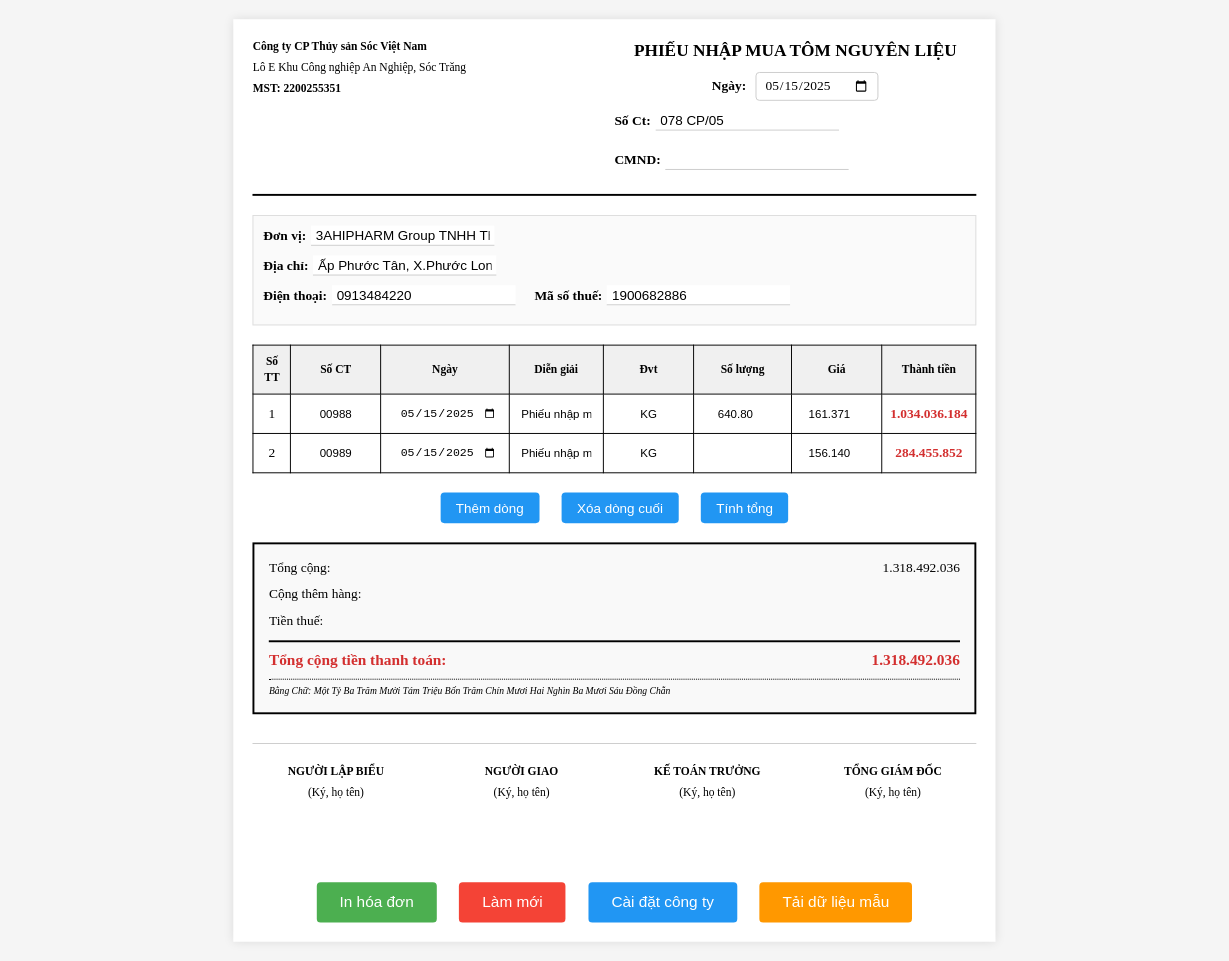
Repository: manhtuong0503/tom-nguyen-lieu
Page: index.html
These files come from the project's save history. The page is drawn as it stood at one moment and after the next save; the edit follows.
The browser window is 1280 px wide. The pictures show the whole page, at 96% of full size.

Above is the page before, as saved 2025-08-02 12:34:14.

### index.html
<!DOCTYPE html>
<html lang="vi">
<head>
    <meta charset="UTF-8">
    <meta name="viewport" content="width=device-width, initial-scale=1.0">
    <title>Phiếu Nhập Mua Tôm Nguyên Liệu</title>
    <link rel="stylesheet" href="style.css">
</head>
<body>
    <div class="container">
        <div class="header">
            <div class="company-info">
                <p><strong>Công ty CP Thủy sản Sóc Việt Nam</strong></p>
                <p>Lô E Khu Công nghiệp An Nghiệp, Sóc Trăng</p>
                <p><strong>MST: 2200255351</strong></p>
            </div>
            <div class="document-info">
                <h2>PHIẾU NHẬP MUA TÔM NGUYÊN LIỆU</h2>
                <div class="date-input-section">
                    <label>Ngày:
                        <input type="date" id="document-date" class="date-input">
                    </label>
                </div>
                <div class="form-row">
                    <label>Số Ct: <input type="text" id="soCt" value="078 CP/05"></label>
                    <label>CMND: <input type="text" id="cmnd"></label>
                </div>
            </div>
        </div>

        <div class="form-section">
            <div class="form-row">
                <label>Đơn vị: <input type="text" id="donVi" placeholder="Nhập đơn vị"></label>
            </div>
            <div class="form-row">
                <label>Địa chỉ: <input type="text" id="diaChi" placeholder="Nhập địa chỉ"></label>
            </div>
            <div class="form-row">
                <label>Điện thoại: <input type="text" id="dienThoai" placeholder="Nhập số điện thoại"></label>
                <label>Mã số thuế: <input type="text" id="maSoThue" placeholder="Nhập mã số thuế"></label>
            </div>
        </div>

        <table class="invoice-table">
            <thead>
                <tr>
                    <th>Số TT</th>
                    <th>Số CT</th>
                    <th>Ngày</th>
                    <th>Diễn giải</th>
                    <th>Đvt</th>
                    <th>Số lượng</th>
                    <th>Giá</th>
                    <th>Thành tiền</th>
                </tr>
            </thead>
            <tbody id="invoice-items">
                <tr>
                    <td>1</td>
                    <td><input type="text" class="item-input" name="soCt"></td>
                    <td><input type="date" class="item-input" name="ngay"></td>
                    <td><input type="text" class="item-input" name="dienGiai" placeholder="Phiếu nhập mua tôm nguyên liệu"></td>
                    <td><input type="text" class="item-input" name="dvt" placeholder="KG"></td>
                    <td><input type="number" class="item-input" name="soLuong" step="0.01" onchange="calculateRowTotal(this)"></td>
                    <td><input type="number" class="item-input" name="gia" step="0.01" onchange="calculateRowTotal(this)"></td>
                    <td class="thanh-tien">0</td>
                </tr>
            </tbody>
        </table>

        <div class="action-buttons">
            <button type="button" onclick="addRow()">Thêm dòng</button>
            <button type="button" onclick="removeRow()">Xóa dòng cuối</button>
            <button type="button" onclick="calculateTotal()">Tính tổng</button>
        </div>

        <div class="totals-section">
            <div class="totals-row">
                <span>Tổng cộng:</span>
                <span id="tong-cong">0</span>
            </div>
            <div class="totals-row">
                <span>Cộng thêm hàng:</span>
                <span id="cong-them-hang">0</span>
            </div>
            <div class="totals-row">
                <span>Tiền thuế:</span>
                <span id="tien-thue">0</span>
            </div>
            <div class="totals-row total-final">
                <span>Tổng cộng tiền thanh toán:</span>
                <span id="tong-thanh-toan">0</span>
            </div>
        </div>

        <div class="signatures">
            <div class="signature-section">
                <p><strong>NGƯỜI LẬP BIỂU</strong></p>
                <p>(Ký, họ tên)</p>
                <br><br><br>
            </div>
            <div class="signature-section">
                <p><strong>NGƯỜI GIAO</strong></p>
                <p>(Ký, họ tên)</p>
                <br><br><br>
            </div>
            <div class="signature-section">
                <p><strong>KẾ TOÁN TRƯỞNG</strong></p>
                <p>(Ký, họ tên)</p>
                <br><br><br>
            </div>
            <div class="signature-section">
                <p><strong>TỔNG GIÁM ĐỐC</strong></p>
                <p>(Ký, họ tên)</p>
                <br><br><br>
            </div>
        </div>

        <div class="print-buttons">
            <button type="button" onclick="printInvoice()" class="print-btn">In hóa đơn</button>
            <button type="button" onclick="clearForm()" class="clear-btn">Làm mới</button>
            <button type="button" onclick="showConfigModal()" class="config-btn">Cài đặt công ty</button>
            <button type="button" onclick="loadSampleData()" class="sample-btn">Tải dữ liệu mẫu</button>
        </div>
    </div>

    <!-- Modal cài đặt -->
    <div id="configModal" class="modal">
        <div class="modal-content">
            <div class="modal-header">
                <h3>Cài đặt thông tin công ty</h3>
                <span class="close" onclick="closeConfigModal()">&times;</span>
            </div>
            <div class="modal-body">
                <div class="config-section">
                    <h4>Thông tin công ty</h4>
                    <div class="config-row">
                        <label>Tên công ty:</label>
                        <input type="text" id="config-company-name" />
                    </div>
                    <div class="config-row">
                        <label>Địa chỉ:</label>
                        <input type="text" id="config-company-address" />
                    </div>
                    <div class="config-row">
                        <label>Mã số thuế:</label>
                        <input type="text" id="config-company-tax" />
                    </div>
                    <div class="config-row">
                        <label>Điện thoại:</label>
                        <input type="text" id="config-company-phone" />
                    </div>
                </div>

                <div class="config-section">
                    <h4>Cài đặt phiếu</h4>
                    <div class="config-row">
                        <label>Tiêu đề phiếu:</label>
                        <input type="text" id="config-doc-title" />
                    </div>
                    <div class="config-row">
                        <label>Số chứng từ mặc định:</label>
                        <input type="text" id="config-doc-code" />
                    </div>
                    <div class="config-row">
                        <label>Đơn vị tính mặc định:</label>
                        <input type="text" id="config-default-unit" />
                    </div>
                </div>

                <div class="config-section">
                    <h4>Thông tin khách hàng mặc định</h4>
                    <div class="config-row">
                        <label>Tên khách hàng:</label>
                        <input type="text" id="config-customer-name" />
                    </div>
                    <div class="config-row">
                        <label>Địa chỉ khách hàng:</label>
                        <input type="text" id="config-customer-address" />
                    </div>
                    <div class="config-row">
                        <label>Điện thoại khách hàng:</label>
                        <input type="text" id="config-customer-phone" />
                    </div>
                    <div class="config-row">
                        <label>Mã số thuế khách hàng:</label>
                        <input type="text" id="config-customer-tax" />
                    </div>
                </div>
            </div>
            <div class="modal-footer">
                <button type="button" onclick="saveConfig()" class="save-btn">Lưu cài đặt</button>
                <button type="button" onclick="resetConfig()" class="reset-btn">Khôi phục mặc định</button>
                <button type="button" onclick="closeConfigModal()" class="cancel-btn">Hủy</button>
            </div>
        </div>
    </div>

    <script src="script.js"></script>
</body>
</html>

### style.css
* {
    margin: 0;
    padding: 0;
    box-sizing: border-box;
}

body {
    font-family: 'Times New Roman', serif;
    font-size: 14px;
    line-height: 1.4;
    background-color: #f5f5f5;
    padding: 20px;
}

.container {
    max-width: 210mm;
    background: white;
    margin: 0 auto;
    padding: 20px;
    box-shadow: 0 0 10px rgba(0,0,0,0.1);
}

.header {
    display: flex;
    justify-content: space-between;
    margin-bottom: 20px;
    border-bottom: 2px solid #000;
    padding-bottom: 15px;
}

.company-info {
    flex: 1;
    font-size: 12px;
}

.company-info p {
    margin-bottom: 5px;
}

.document-info {
    flex: 1;
    text-align: center;
}

.document-info h2 {
    font-size: 18px;
    font-weight: bold;
    margin-bottom: 10px;
    text-transform: uppercase;
}

.date-input-section {
    margin-bottom: 10px;
}

.date-input-section label {
    display: flex;
    align-items: center;
    justify-content: center;
    gap: 10px;
    font-weight: bold;
    font-size: 14px;
}

.date-input {
    border: 1px solid #ccc;
    border-radius: 4px;
    padding: 5px 8px;
    font-size: 14px;
    font-family: inherit;
}

.date-input:focus {
    border-color: #2196F3;
    outline: none;
    box-shadow: 0 0 5px rgba(33, 150, 243, 0.3);
}

.form-row {
    display: flex;
    gap: 20px;
    margin-bottom: 10px;
    align-items: center;
    flex-wrap: wrap;
}

.form-row label {
    display: flex;
    align-items: center;
    gap: 5px;
    font-weight: bold;
}

.form-row input {
    border: none;
    border-bottom: 1px solid #ccc;
    padding: 2px 5px;
    font-size: 14px;
    min-width: 120px;
}

.form-section {
    margin-bottom: 20px;
    padding: 10px;
    background-color: #fafafa;
    border: 1px solid #ddd;
}

.invoice-table {
    width: 100%;
    border-collapse: collapse;
    margin-bottom: 20px;
}

.invoice-table th,
.invoice-table td {
    border: 1px solid #000;
    padding: 8px;
    text-align: center;
    vertical-align: middle;
}

.invoice-table th {
    background-color: #f0f0f0;
    font-weight: bold;
    font-size: 12px;
}

.invoice-table .item-input {
    border: none;
    background: transparent;
    width: 100%;
    text-align: center;
    padding: 4px;
    font-size: 12px;
}

.invoice-table .thanh-tien {
    font-weight: bold;
    color: #d32f2f;
}

.action-buttons {
    margin-bottom: 20px;
    text-align: center;
}

.action-buttons button {
    margin: 0 10px;
    padding: 8px 16px;
    background-color: #2196F3;
    color: white;
    border: none;
    border-radius: 4px;
    cursor: pointer;
    font-size: 14px;
}

.action-buttons button:hover {
    background-color: #1976D2;
}

.totals-section {
    margin-bottom: 30px;
    border: 2px solid #000;
    padding: 15px;
    background-color: #f9f9f9;
}

.totals-row {
    display: flex;
    justify-content: space-between;
    margin-bottom: 8px;
    font-size: 14px;
}

.totals-row.total-final {
    font-weight: bold;
    font-size: 16px;
    border-top: 2px solid #000;
    padding-top: 8px;
    margin-top: 10px;
    color: #d32f2f;
}

.signatures {
    display: grid;
    grid-template-columns: repeat(4, 1fr);
    gap: 20px;
    margin-bottom: 30px;
    border-top: 1px solid #ccc;
    padding-top: 20px;
}

.signature-section {
    text-align: center;
    font-size: 12px;
}

.signature-section p {
    margin-bottom: 5px;
}

.print-buttons {
    text-align: center;
    margin-top: 20px;
    page-break-inside: avoid;
}

.print-btn, .clear-btn {
    padding: 12px 24px;
    margin: 0 10px;
    font-size: 16px;
    border: none;
    border-radius: 4px;
    cursor: pointer;
}

.print-btn {
    background-color: #4CAF50;
    color: white;
}

.print-btn:hover {
    background-color: #45a049;
}

.clear-btn {
    background-color: #f44336;
    color: white;
}

.clear-btn:hover {
    background-color: #da190b;
}

.config-btn {
    padding: 12px 24px;
    margin: 0 10px;
    font-size: 16px;
    border: none;
    border-radius: 4px;
    cursor: pointer;
    background-color: #2196F3;
    color: white;
}

.config-btn:hover {
    background-color: #1976D2;
}

.sample-btn {
    padding: 12px 24px;
    margin: 0 10px;
    font-size: 16px;
    border: none;
    border-radius: 4px;
    cursor: pointer;
    background-color: #FF9800;
    color: white;
}

.sample-btn:hover {
    background-color: #F57C00;
}

/* Modal styles */
.modal {
    display: none;
    position: fixed;
    z-index: 1000;
    left: 0;
    top: 0;
    width: 100%;
    height: 100%;
    background-color: rgba(0,0,0,0.5);
}

.modal-content {
    background-color: white;
    margin: 5% auto;
    padding: 0;
    border-radius: 8px;
    width: 80%;
    max-width: 600px;
    box-shadow: 0 4px 20px rgba(0,0,0,0.3);
}

.modal-header {
    display: flex;
    justify-content: space-between;
    align-items: center;
    padding: 20px;
    border-bottom: 1px solid #ddd;
    background-color: #f8f9fa;
    border-radius: 8px 8px 0 0;
}

.modal-header h3 {
    margin: 0;
    color: #333;
}

.close {
    font-size: 28px;
    font-weight: bold;
    cursor: pointer;
    color: #aaa;
}

.close:hover {
    color: #000;
}

.modal-body {
    padding: 20px;
    max-height: 400px;
    overflow-y: auto;
}

.config-section {
    margin-bottom: 25px;
    padding-bottom: 15px;
    border-bottom: 1px solid #eee;
}

.config-section:last-child {
    border-bottom: none;
    margin-bottom: 0;
}

.config-section h4 {
    margin: 0 0 15px 0;
    color: #2196F3;
    font-size: 16px;
}

.config-row {
    display: flex;
    margin-bottom: 10px;
    align-items: center;
}

.config-row label {
    width: 200px;
    font-weight: bold;
    color: #555;
}

.config-row input {
    flex: 1;
    padding: 8px 12px;
    border: 1px solid #ddd;
    border-radius: 4px;
    font-size: 14px;
}

.config-row input:focus {
    border-color: #2196F3;
    outline: none;
    box-shadow: 0 0 5px rgba(33, 150, 243, 0.3);
}

.modal-footer {
    padding: 15px 20px;
    border-top: 1px solid #ddd;
    background-color: #f8f9fa;
    border-radius: 0 0 8px 8px;
    text-align: right;
}

.modal-footer button {
    padding: 10px 20px;
    margin-left: 10px;
    border: none;
    border-radius: 4px;
    cursor: pointer;
    font-size: 14px;
}

.save-btn {
    background-color: #4CAF50;
    color: white;
}

.save-btn:hover {
    background-color: #45a049;
}

.reset-btn {
    background-color: #FF9800;
    color: white;
}

.reset-btn:hover {
    background-color: #F57C00;
}

.cancel-btn {
    background-color: #757575;
    color: white;
}

.cancel-btn:hover {
    background-color: #616161;
}

/* Print styles */
@media print {
    @page {
        size: A4;
        margin: 15mm;
    }

    body {
        background: white;
        padding: 0;
        font-family: 'Times New Roman', serif;
        font-size: 11px;
        line-height: 1.2;
        color: black;
    }

    .container {
        box-shadow: none;
        max-width: none;
        padding: 0;
        margin: 0;
    }

    .print-buttons,
    .action-buttons,
    .modal {
        display: none !important;
    }

    .header {
        display: block;
        margin-bottom: 15px;
        border-bottom: 1px solid #000;
        padding-bottom: 10px;
    }

    .company-info {
        float: left;
        width: 45%;
        font-size: 10px;
        line-height: 1.3;
    }

    .document-info {
        float: right;
        width: 50%;
        text-align: center;
        font-size: 11px;
    }

    .document-info h2 {
        font-size: 14px;
        font-weight: bold;
        margin: 0 0 5px 0;
        text-transform: uppercase;
    }

    .date-input-section {
        margin-bottom: 5px;
        font-size: 11px;
    }

    .date-input-section label {
        font-weight: normal;
        font-style: italic;
    }

    .date-input {
        border: none;
        background: transparent;
        font-size: 11px;
        padding: 0;
        font-style: italic;
    }

    .form-row {
        display: block;
        margin-bottom: 3px;
        font-size: 10px;
    }

    .form-row label {
        display: inline-block;
        margin-right: 15px;
    }

    .form-row input {
        border: none;
        border-bottom: 1px solid #000;
        background: transparent;
        font-size: 10px;
        padding: 1px 3px;
        min-width: 80px;
    }

    .form-section {
        background-color: white;
        border: 1px solid #000;
        padding: 8px;
        margin-bottom: 10px;
        font-size: 10px;
        clear: both;
    }

    .form-section .form-row {
        margin-bottom: 4px;
    }

    .form-section .form-row label {
        font-weight: bold;
        display: inline-block;
        width: 80px;
    }

    .form-section .form-row input {
        width: 250px;
        border-bottom: 1px dotted #000;
    }

    .invoice-table {
        width: 100%;
        border-collapse: collapse;
        font-size: 10px;
        margin-bottom: 10px;
    }

    .invoice-table th,
    .invoice-table td {
        border: 1px solid #000;
        padding: 3px 2px;
        text-align: center;
        vertical-align: middle;
        line-height: 1.2;
    }

    .invoice-table th {
        background-color: #f0f0f0;
        font-weight: bold;
        font-size: 9px;
        height: 25px;
    }

    .invoice-table .item-input {
        border: none;
        background: transparent;
        width: 100%;
        text-align: center;
        padding: 1px;
        font-size: 9px;
    }

    .invoice-table .thanh-tien {
        font-weight: normal;
        color: black;
        text-align: right;
        padding-right: 5px;
    }

    /* Điều chỉnh độ rộng cột */
    .invoice-table th:nth-child(1),
    .invoice-table td:nth-child(1) { width: 8%; } /* Số TT */

    .invoice-table th:nth-child(2),
    .invoice-table td:nth-child(2) { width: 12%; } /* Số CT */

    .invoice-table th:nth-child(3),
    .invoice-table td:nth-child(3) { width: 12%; } /* Ngày */

    .invoice-table th:nth-child(4),
    .invoice-table td:nth-child(4) { width: 25%; text-align: left; padding-left: 5px; } /* Diễn giải */

    .invoice-table th:nth-child(5),
    .invoice-table td:nth-child(5) { width: 8%; } /* Đvt */

    .invoice-table th:nth-child(6),
    .invoice-table td:nth-child(6) { width: 12%; } /* Số lượng */

    .invoice-table th:nth-child(7),
    .invoice-table td:nth-child(7) { width: 12%; } /* Giá */

    .invoice-table th:nth-child(8),
    .invoice-table td:nth-child(8) { width: 15%; text-align: right; padding-right: 5px; } /* Thành tiền */

    .totals-section {
        background-color: white;
        border: 1px solid #000;
        padding: 8px;
        margin-bottom: 15px;
        font-size: 10px;
    }

    .totals-row {
        display: flex;
        justify-content: space-between;
        margin-bottom: 3px;
        padding: 2px 0;
    }

    .totals-row span:first-child {
        font-weight: bold;
    }

    .totals-row span:last-child {
        text-align: right;
        min-width: 100px;
        border-bottom: 1px dotted #000;
        font-weight: normal;
    }

    .totals-row.total-final {
        font-weight: bold;
        font-size: 11px;
        border-top: 1px solid #000;
        padding-top: 5px;
        margin-top: 8px;
    }

    .totals-row.total-final span {
        font-weight: bold;
    }

    .signatures {
        display: grid;
        grid-template-columns: repeat(4, 1fr);
        gap: 15px;
        margin-top: 20px;
        page-break-inside: avoid;
    }

    .signature-section {
        text-align: center;
        font-size: 9px;
        border: none;
    }

    .signature-section p {
        margin-bottom: 3px;
        font-weight: bold;
    }

    .signature-section p:last-child {
        font-weight: normal;
        font-style: italic;
    }

    /* Thêm ghi chú bằng chữ */
    .totals-section::after {
        content: "Bằng chữ: Một triệu ba trăm mười tám nghìn bốn trăm chín mươi hai đồng chẵn";
        display: block;
        margin-top: 8px;
        font-style: italic;
        font-size: 9px;
        border-top: 1px dotted #000;
        padding-top: 5px;
    }

    /* Đảm bảo không bị cắt trang */
    .header,
    .form-section,
    .totals-section,
    .signatures {
        page-break-inside: avoid;
    }

    /* Input values hiển thị đúng khi in */
    input {
        -webkit-print-color-adjust: exact;
        print-color-adjust: exact;
    }
}

/* Responsive design */
@media (max-width: 768px) {
    .container {
        padding: 10px;
    }

    .header {
        flex-direction: column;
        text-align: center;
    }

    .form-row {
        flex-direction: column;
        gap: 10px;
    }

    .signatures {
        grid-template-columns: repeat(2, 1fr);
        gap: 15px;
    }

    .invoice-table {
        font-size: 11px;
    }

    .invoice-table th,
    .invoice-table td {
        padding: 4px 2px;
    }
}

/* Animation for adding rows */
@keyframes fadeIn {
    from { opacity: 0; }
    to { opacity: 1; }
}

.invoice-table tbody tr {
    animation: fadeIn 0.3s ease-in;
}

Loaded but not shown: config.json (92 lines, source omitted); script.js (778 lines, source omitted)

After the next save:
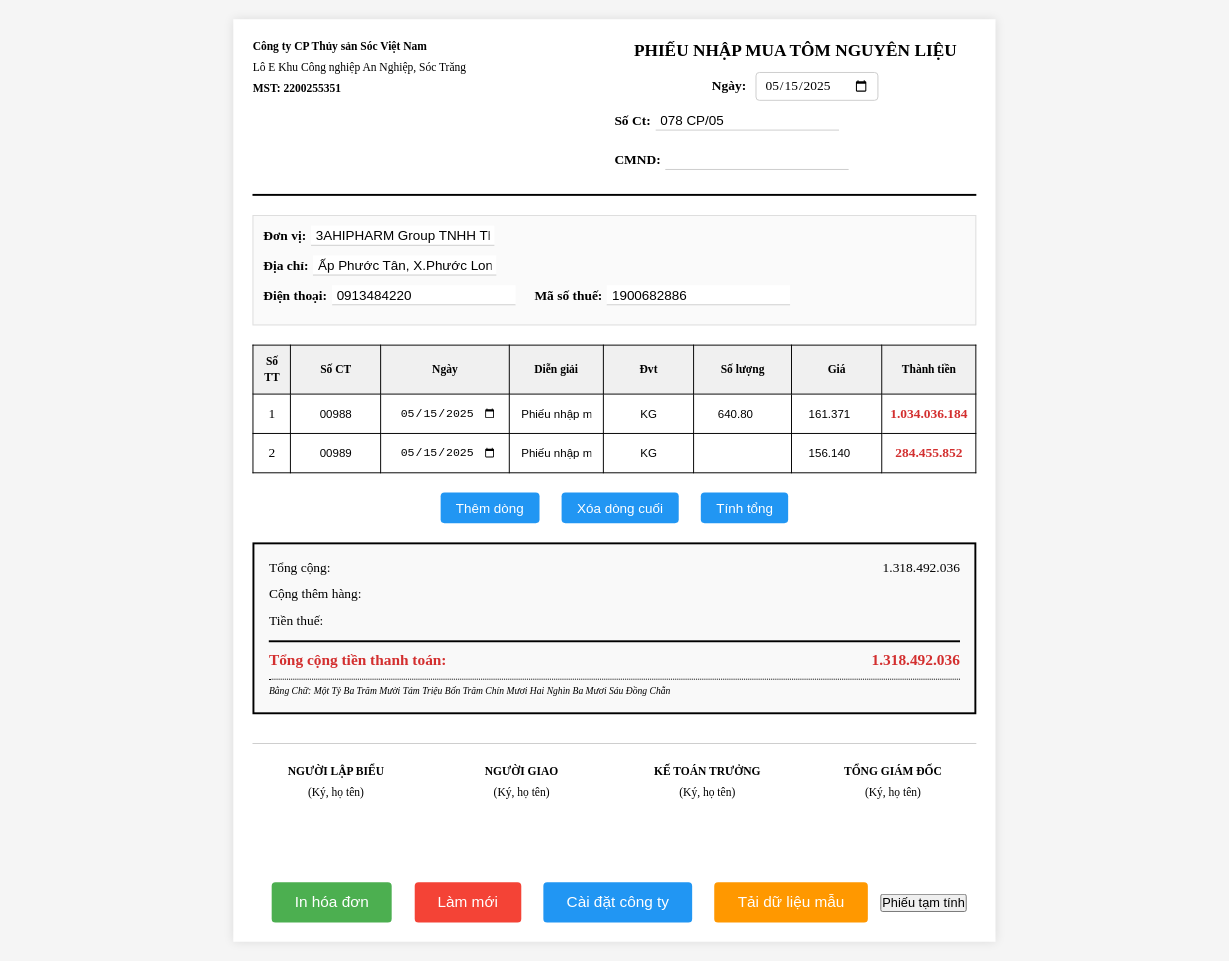
Saved 11 s later.
--- a/index.html
+++ b/index.html
@@ -121,6 +121,7 @@
             <button type="button" onclick="clearForm()" class="clear-btn">Làm mới</button>
             <button type="button" onclick="showConfigModal()" class="config-btn">Cài đặt công ty</button>
             <button type="button" onclick="loadSampleData()" class="sample-btn">Tải dữ liệu mẫu</button>
+            <button type="button" onclick="goToTamTinh()" class="nav-btn">Phiếu tạm tính</button>
         </div>
     </div>
 
